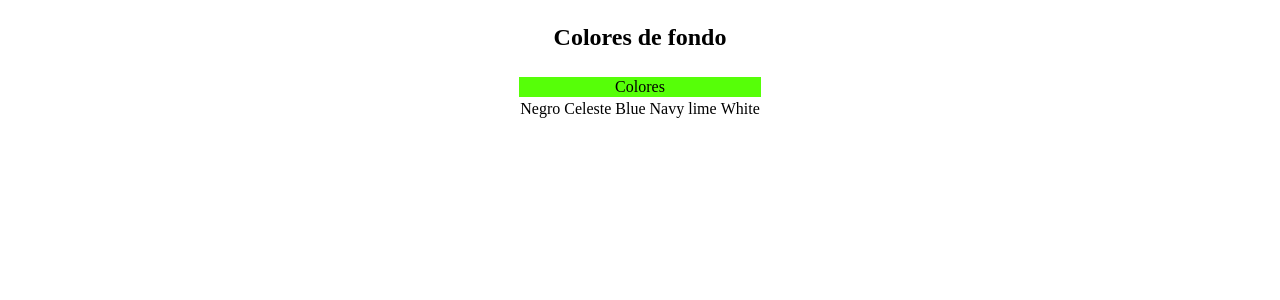
Repository: ThePerez/ArgProg
Page: Practicas ArgProg/Practica 3/Ejercicio 5/index.html
The author's editor kept a copy of each file at every save. The page is drawn from the files as they stood at one save, then again after a run of saves.
The browser window is 1280 px wide. The pictures show the whole page.

Above is the page before, as saved 2023-03-14 12:02:02.

After the next 2 saves:
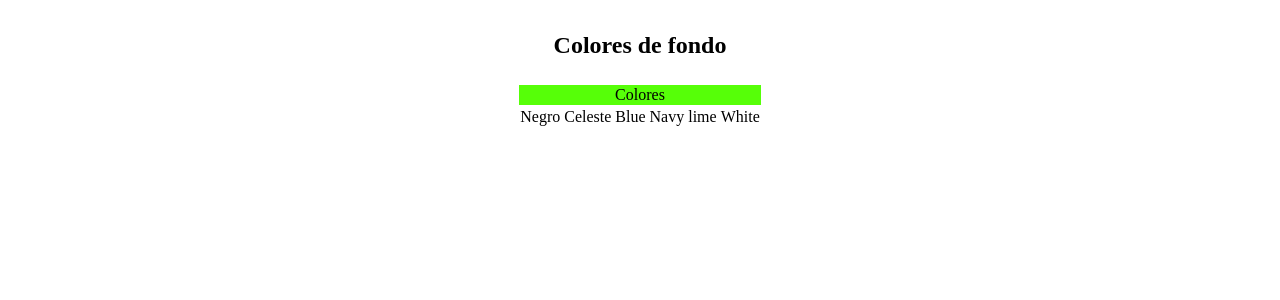
The 2 saves are shown as one change because they came seconds apart.
The last was saved 8 s later.
--- a/Practicas ArgProg/Practica 3/Ejercicio 5/styles.css
+++ b/Practicas ArgProg/Practica 3/Ejercicio 5/styles.css
@@ -5,7 +5,7 @@
 }
 
 .principal{
-
+     display: grid;
 }
 .table{
      margin-left: auto;
